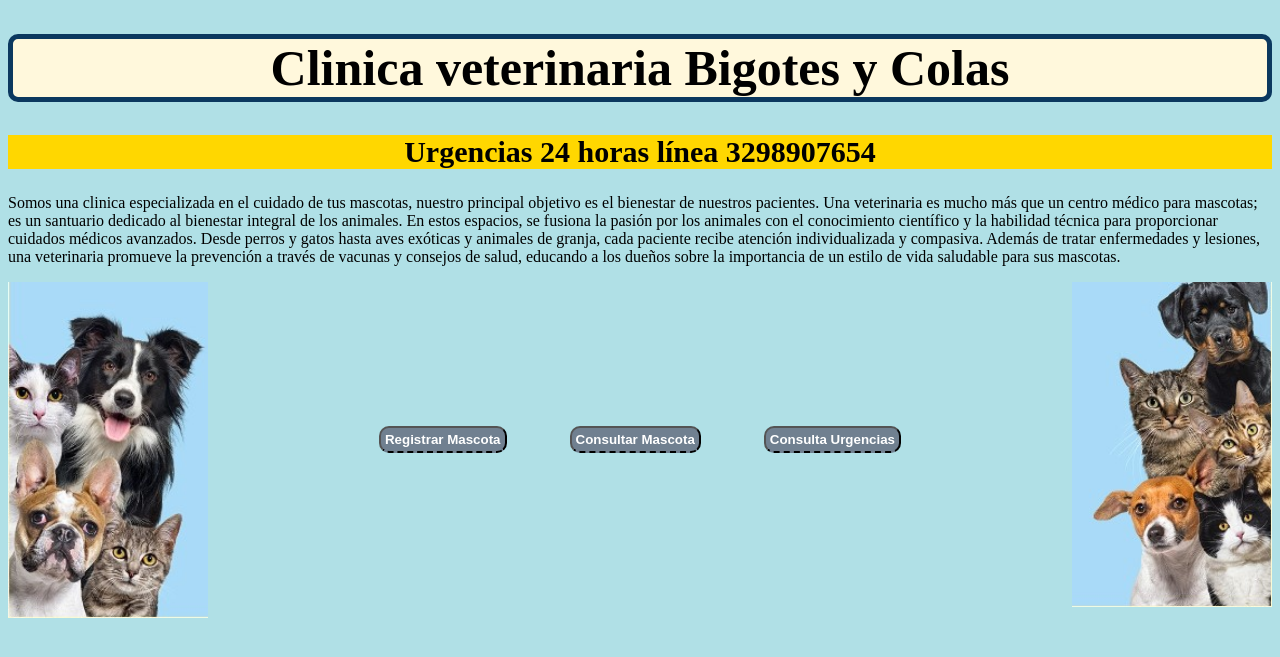
Repository: Ingridlmorales/app-cym-vet
Page: templates/homeVet.html
The author's editor kept a record of every edit. The page is drawn from the files as they stood at one moment, then again after the next edit.
The browser window is 1280 px wide. The pictures show the whole page.

Above is the page before.

After the next edit:
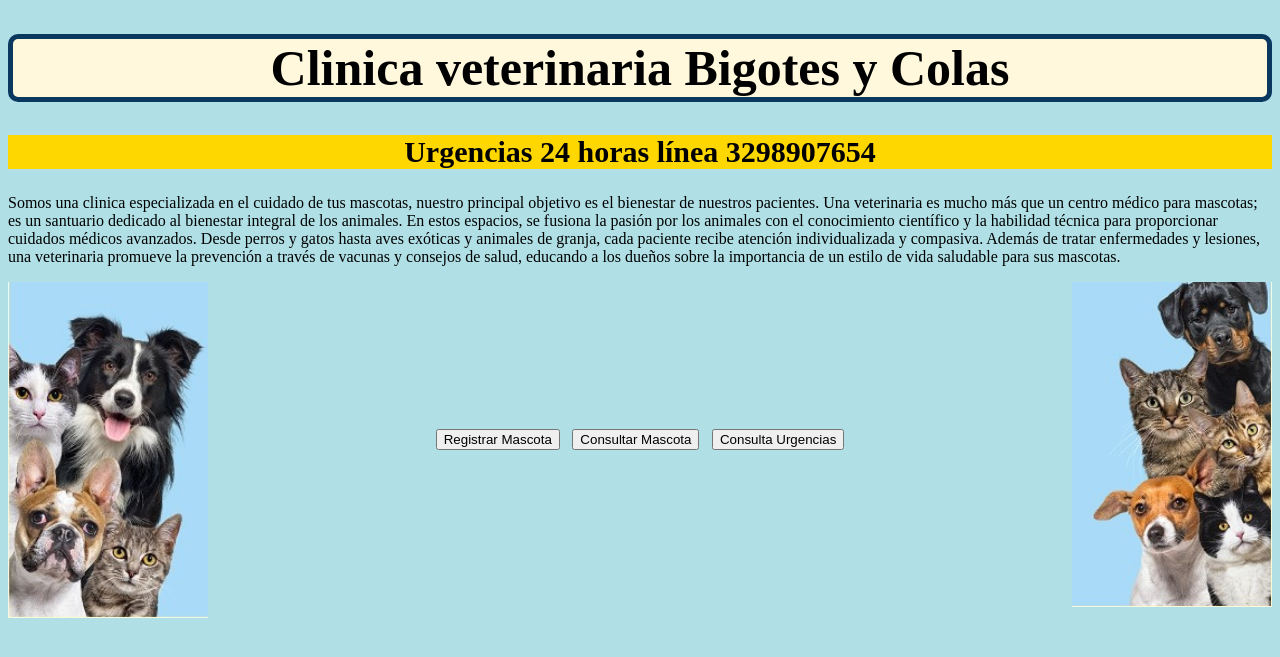
The edit:
--- a/static/css/stylehome.css
+++ b/static/css/stylehome.css
@@ -22,6 +22,10 @@
     background-color: PowderBlue;
 }
 
+button urgencias{
+    background-color: SlateGray;
+    border-bottom-style: dashed;
+
 button {
     background-color: SlateGray;
     border-bottom-style: dashed;

After the edit that followed:
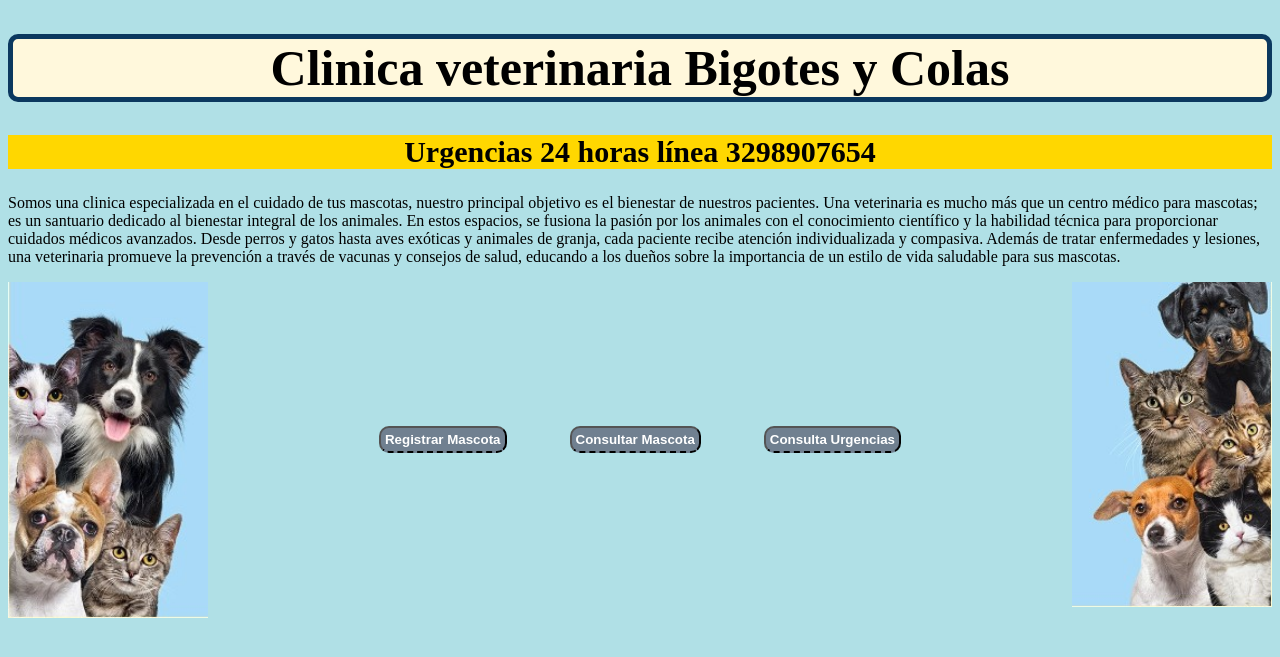
The edit:
--- a/static/css/stylehome.css
+++ b/static/css/stylehome.css
@@ -25,6 +25,7 @@
 button urgencias{
     background-color: SlateGray;
     border-bottom-style: dashed;
+}
 
 button {
     background-color: SlateGray;
